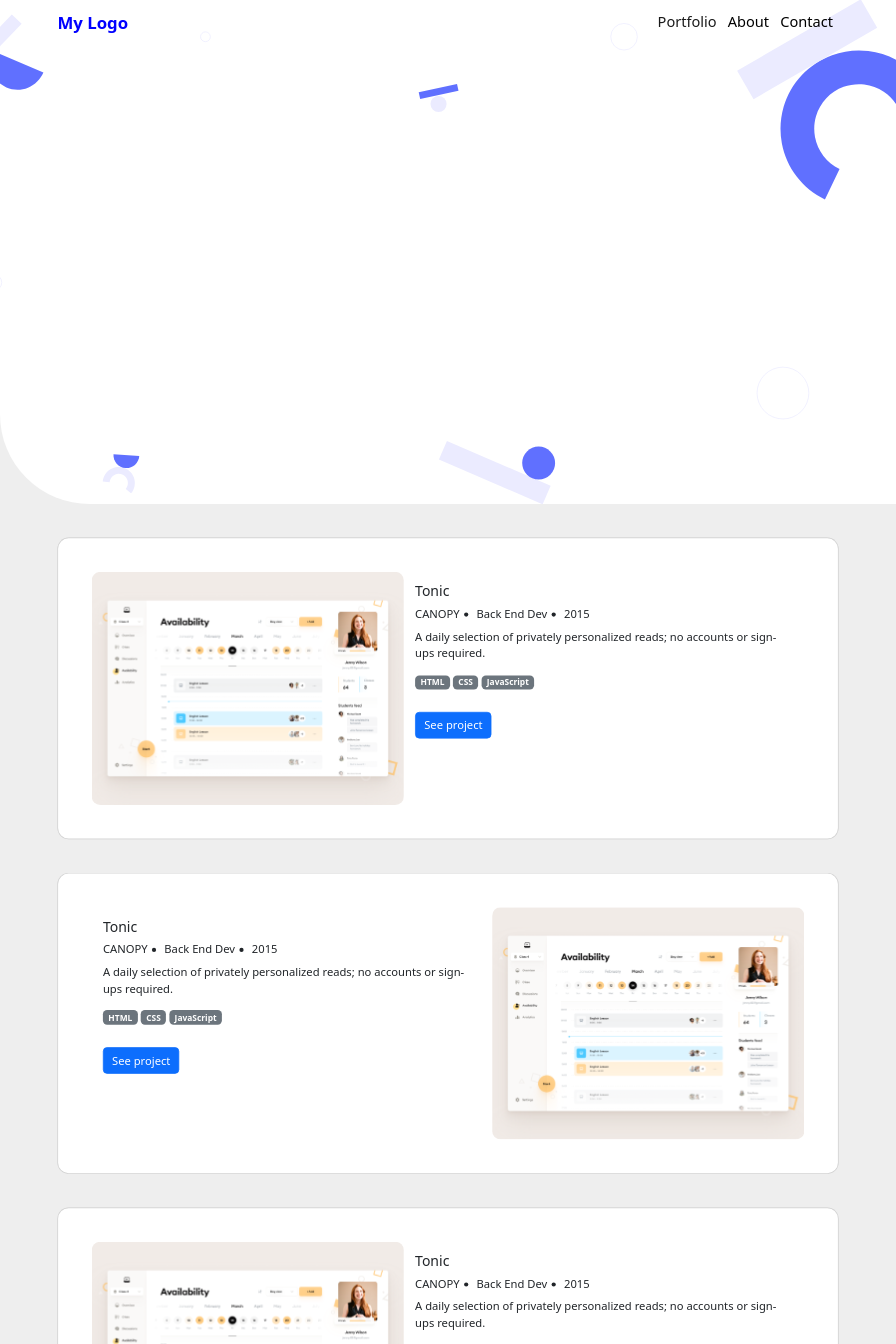
Repository: waelelsafty07/Bootstrap-Portfolio
Page: index.html
These files come from the project's save history. The page is drawn as it stood at one moment and after a run of saves; the edit follows.
The browser window is 1280 px wide. The pictures show the part of the page from y = 0 to 1920 px (the page is 2682 px tall), at 70% of full size.

Above is the page before, as saved 2023-04-04 17:35:19.

After the next 2 saves:
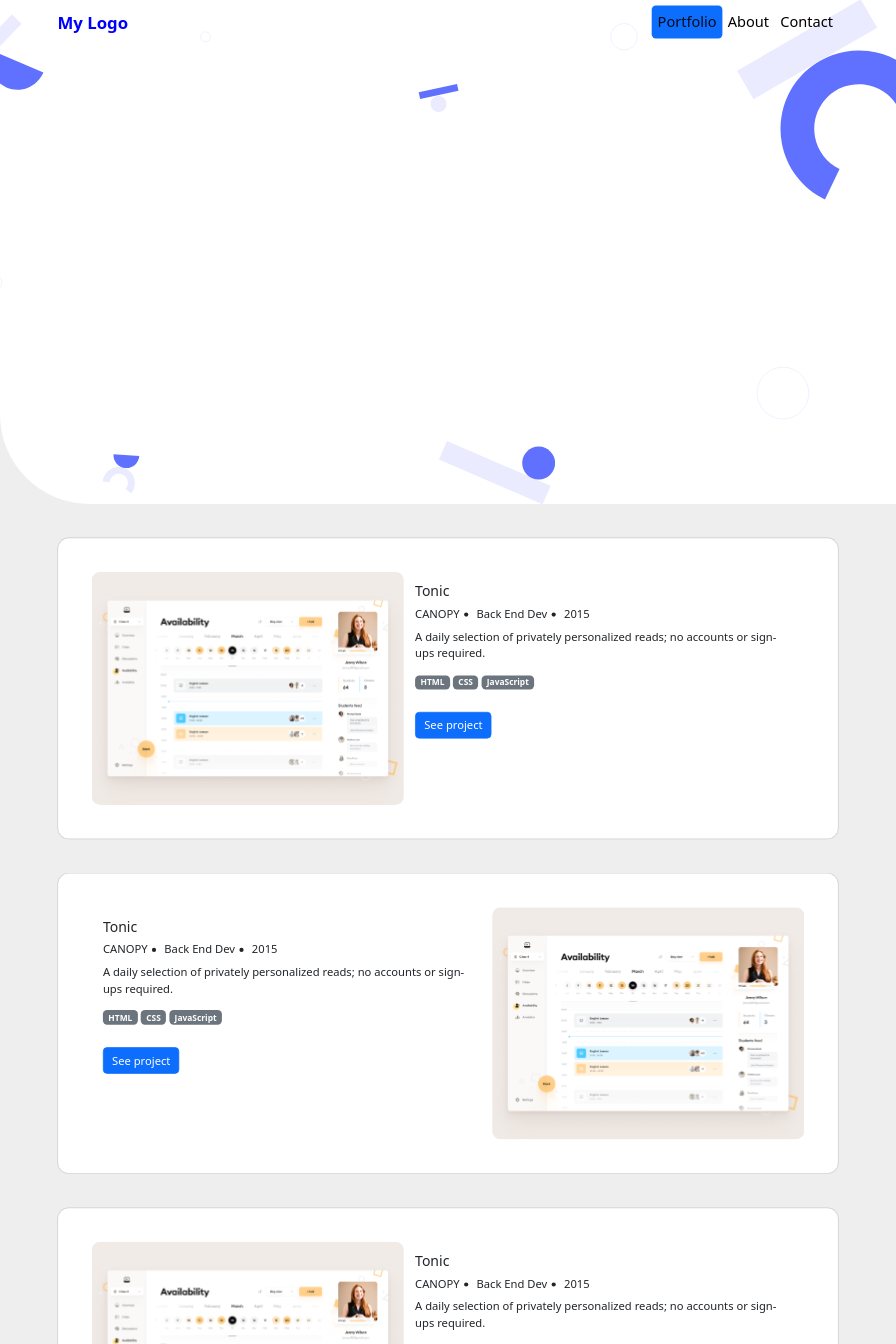
The 2 saves are shown as one change because they came seconds apart.
The last was saved 90 s later.
--- a/index.html
+++ b/index.html
@@ -17,7 +17,7 @@
                 <span class="navbar-toggler-icon"></span>
               </button>
               <div class="collapse navbar-collapse flex-row-reverse" id="navbarNav">
-                <ul class="navbar-nav">
+                <ul class="navbar-nav nav-pills">
                   <li class="nav-item">
                     <a class="nav-link active" aria-current="page" href="#works">Portfolio</a>
                   </li>
